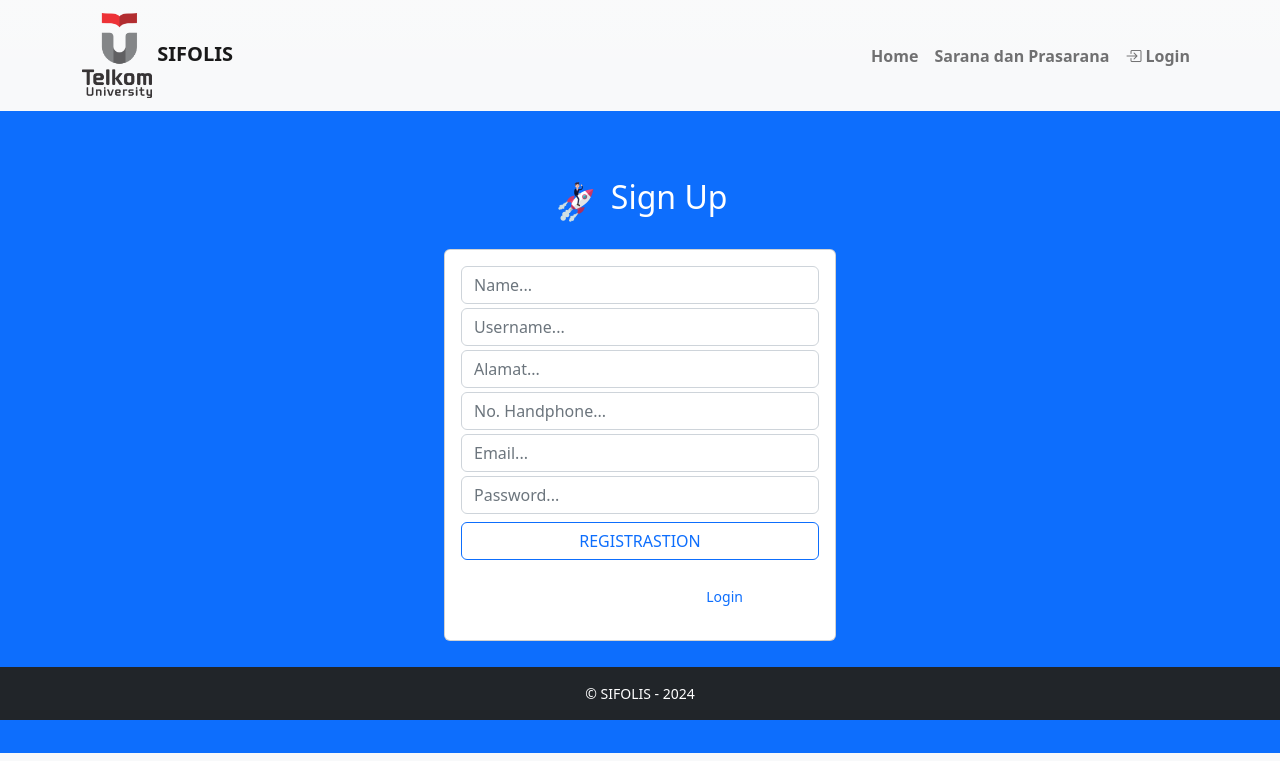
Repository: Audi87/uas_framework
Page: http://localhost/registrasi
The author's editor kept a copy of each file at every save. The page is drawn from the files as they stood at one save, then again after the next save.
The browser window is 1280 px wide. The pictures show the whole page.
Some web libraries are served in a nearby version. The page is served by the project's Laravel application, run on PHP 8.4 with Laravel 10. Other server files are loaded and not shown.

Above is the page before, as saved 2024-06-13 21:27:35.

### routes/web.php
<?php

use App\Http\Controllers\{
    BarangController, ContactController, CustumerController, DataPeminjamanController, HistoryController,
    Home, LoginController, PeminjamanController, ProfilController, RegistrasiController,
    SaranaDanPrasaranaController, AdminController
};
use Illuminate\Support\Facades\Route;


Route::get('/', [Home::class, 'index'])->middleware('auth');

Route::get('/login', [LoginController::class, 'index'])->name('login')->middleware('guest');
Route::post('/login', [LoginController::class, 'login']);
Route::post('/logout', [LoginController::class, 'logout']);

Route::get('/registrasi', [RegistrasiController::class, 'index'])->middleware('guest');
Route::post('/registrasi', [RegistrasiController::class, 'registrasi']);

Route::get('/dashboard', function() {
    return view('dashboard.index', ['title' => 'Dashboard Admin']);
})->middleware('admin');

Route::get('/profil/{user:id}', [ProfilController::class, 'index'])->middleware('auth');

Route::get('/sarana dan prasarana', [SaranaDanPrasaranaController::class, 'index'])->middleware('auth');
Route::resource('/sarana-prasarana', BarangController::class)->middleware('admin');

Route::get('/peminjaman/{barang:id}', [PeminjamanController::class, 'index'])->middleware('auth');
Route::post('/peminjaman/{barang:id}', [PeminjamanController::class, 'peminjaman'])->middleware('auth');

Route::get('/history/{user:id}', [HistoryController::class, 'index'])->middleware('auth');

Route::get('/kembalikan/{id}', [PeminjamanController::class, 'kembalikan'])->middleware('auth');
Route::get('/detail-peminjaman/{id}', [PeminjamanController::class, 'detailPeminjaman'])->middleware('auth');

Route::get('/category/{id}', [SaranaDanPrasaranaController::class, 'category'])->middleware('auth');

Route::get('/custumer', [CustumerController::class, 'index'])->middleware('admin');
Route::get('/custumer/{user:id}', [CustumerController::class, 'detail'])->middleware('admin');

Route::get('/data-peminjaman', [DataPeminjamanController::class, 'index'])->middleware('admin');
Route::get('/data-peminjaman/{id}', [DataPeminjamanController::class, 'detail'])->middleware('admin');

Route::get('/contact', [ContactController::class, 'index'])->middleware('auth');

### app/Http/Controllers/RegistrasiController.php
<?php

namespace App\Http\Controllers;

use Illuminate\Support\Facades\App;
use App\Models\User;
use Illuminate\Http\Request;

class RegistrasiController extends Controller
{
    // Function untuk menampilkan view registrasi
    public function index()
    {
        return view('registrasi.registrasi', [
            'title' => 'Registrasi'
        ]);
    }

    // Function untuk proses registrasi
    public function registrasi(Request $request)
    {
        $validateData = $request->validate([
            'name' => ['required', 'min:4', 'max:255'],
            'username' => ['required', 'min:5', 'max:255'],
            'alamat' => ['required', 'min:5', 'max:255'],
            'no_handphone' => ['required', 'min:5', 'max:255'],
            'email' => ['required', 'min:5', 'max:255', 'unique:users'],
            'password' => ['required', 'min:5', 'max:255']
        ]);

        $validateData['password'] = bcrypt($validateData['password']);
        User::create($validateData);

        // Menampilkan Sweet Alert
        return redirect('/login')->with('success', 'successful registration');
    }
}

### resources/views/registrasi/registrasi.blade.php
@extends('layouts.main')

@section('content')

<div class="regis p-3 mb-2 bg-primary text-white">
    <div class="container-fluid py-5">
        <div class="row text-center mb-5">
            <div class="col-lg-4 offset-lg-4" >
                <h2>
                    <img src="img/pngwing.com (7).png" text-primary width="50" alt="" data-aos="flip-left" data-aos-duration="2000" >
                    Sign Up
                </h2>
            </div>
            <div class="col-lg-4 offset-lg-4 col-10 offset-1 mt-3">
                {{-- Form Registrasi --}}
                <div class="card">
                    <div class="card-body">
                        <form action="/registrasi" method="post">
                            @csrf
                            <div class="mb-1">
                                <input type="text" id="name" name="name" placeholder="Name..." value="{{ old('name') }}" class="form-control @error('name') is-invalid @enderror">
                                @error('name')
                                <div class="invalid-feedback">
                                    {{ $message }}
                                </div>
                                @enderror
                            </div>
                            <div class="mb-1">
                                <input type="text" id="username" name="username" placeholder="Username..." value="{{ old('username') }}" class="form-control @error('username') is-invalid @enderror">
                                @error('username')
                                <div class="invalid-feedback">
                                    {{ $message }}
                                </div>
                                @enderror
                            </div>
                            <div class="mb-1">
                                <input type="text" id="alamat" name="alamat" placeholder="Alamat..." value="{{ old('alamat') }}" class="form-control @error('alamat') is-invalid @enderror">
                                @error('alamat')
                                <div class="invalid-feedback">
                                    {{ $message }}
                                </div>
                                @enderror
                            </div>
                            <div class="mb-1">
                                <input type="number" id="no_handphone" name="no_handphone" placeholder="No. Handphone..." value="{{ old('no_handphone') }}" class="form-control @error('no_handphone') is-invalid @enderror">
                                @error('no_handphone')
                                <div class="invalid-feedback">
                                    {{ $message }}
                                </div>
                                @enderror
                            </div>
                            <div class="mb-1">
                                <input type="email" id="email" name="email" placeholder="Email..." value="{{ old('email') }}" class="form-control @error('email') is-invalid @enderror">
                                @error('email')
                                <div class="invalid-feedback">
                                    {{ $message }}
                                </div>
                                @enderror
                            </div>
                            <div class="mb-2">
                                <input type="password" id="password" name="password" placeholder="Password..." value="{{ old('password') }}" class="form-control @error('password') is-invalid @enderror">
                                @error('password')
                                <div class="invalid-feedback">
                                    {{ $message }}
                                </div>
                                @enderror
                            </div>
                            <div class="mb-4">
                                <button class="btn btn-outline-primary w-100" type="submit">REGISTRASTION</button>
                            </div>
                            <div>
                                <p><small>already have an account? <a href="login" class="text-decoration-none">Login</a></small></p>
                            </div>
                        </form>
                    </div>
                </div>
            </div>
        </div>
    </div>
</div>

@if(session('success'))
<script>
    Swal.fire({
        title: 'Registrasi Berhasil!',
        text: "{{ session('success') }}",
        icon: 'success',
        confirmButtonText: 'Ok'
    });
</script>
@endif

@endsection

### resources/views/layouts/main.blade.php
<!doctype html>
<html lang="en">
  <head>
    <meta charset="utf-8">
    <meta name="viewport" content="width=device-width, initial-scale=1">
    <title>{{ $title }}</title>

    <link rel="stylesheet" href="/css/stylee.css">

    {{-- Link Aos --}}
    <link rel="stylesheet" href="https://unpkg.com/aos@next/dist/aos.css" />

    {{-- Link Icons Bootstrap --}}
    <link rel="stylesheet" href="https://cdn.jsdelivr.net/npm/bootstrap-icons@1.9.1/font/bootstrap-icons.css">

    <link href="https://cdn.jsdelivr.net/npm/bootstrap@5.2.0/dist/css/bootstrap.min.css" rel="stylesheet" integrity="sha384-gH2yIJqKdNHPEq0n4Mqa/HGKIhSkIHeL5AyhkYV8i59U5AR6csBvApHHNl/vI1Bx" crossorigin="anonymous">
    <link href="https://fonts.googleapis.com/css2?family=Poppins:wght@400;500;600&display=swap" rel="stylesheet">
    <link rel="stylesheet" href="https://cdnjs.cloudflare.com/ajax/libs/font-awesome/6.4.0/css/all.min.css"
        integrity="sha512-iecdLmaskl7CVkqkXNQ/ZH/XLlvWZOJyj7Yy7tcenmpD1ypASozpmT/E0iPtmFIB46ZmdtAc9eNBvH0H/ZpiBw=="
        crossorigin="anonymous" referrerpolicy="no-referrer" />
  </head>
  <body class="bg-light">

    {{-- Include navbar --}}
    @include('navbar.navbar')

    {{-- Content --}}
    @yield('content')
    {{-- End Content --}}

    {{-- Include Footer --}}
    @include('footer.footer')

    <script src="https://cdn.jsdelivr.net/npm/bootstrap@5.2.0/dist/js/bootstrap.bundle.min.js" integrity="sha384-A3rJD856KowSb7dwlZdYEkO39Gagi7vIsF0jrRAoQmDKKtQBHUuLZ9AsSv4jD4Xa" crossorigin="anonymous"></script>

    <script src="https://unpkg.com/aos@next/dist/aos.js"></script>
    <script>
      AOS.init();
    </script>

    {{-- Js Jquery --}}
    <script src="/js/jquery.js"></script>

    {{-- Script js --}}
    <script src="/js/script.js"></script>

  </body>
</html>

### resources/views/navbar/navbar.blade.php
{{-- Navbar --}}
<nav class="navbar navbar-expand-lg bg-light bg-gradient navbar-light">
    <div class="container">
        <a class="navbar-brand" href="/"><img src="img/logo.png" width="70" alt="" data-aos="flip-left"
                data-aos-duration="2000"> SIFOLIS </a>
        <button class="navbar-toggler" type="button" data-bs-toggle="collapse" data-bs-target="#navbarNav"
            aria-controls="navbarNav" aria-expanded="false" aria-label="Toggle navigation">
            <span class="navbar-toggler-icon"></span>
        </button>
        <div class="collapse navbar-collapse" id="navbarNav">
            <ul class="navbar-nav ms-auto">
                <li class="nav-item">
                    <a class="nav-link {{ Request::is('/') ? 'active' : '' }}" aria-current="page"
                        href="/">Home</a>
                </li>
                <li class="nav-item">
                    <a class="nav-link {{ Request::is('sarana dan prasarana') ? 'active' : '' }}" aria-current="page"
                        href="/sarana dan prasarana">Sarana dan Prasarana</a>
                </li>

                @auth
                    <li class="nav-item dropdown">
                        <a class="nav-link dropdown-toggle" href="#" role="button" data-bs-toggle="dropdown"
                            aria-expanded="false">
                            <i class="bi bi-person-lines-fill"></i> Welcome, {{ auth()->user()->username }}
                        </a>
                        <ul class="dropdown-menu">
                            @can('admin')
                                <li><a class="dropdown-item" href="/dashboard">Dashboard Admin</a></li>
                            @endcan
                            <li><a class="dropdown-item" href="/history/{{ auth()->user()->id }}">Peminjaman</a></li>
                            <li><a class="dropdown-item" href="/contact">Contact Us</a></li>
                            <li><a class="dropdown-item" href="/profil/{{ auth()->user()->id }}"><i
                                        class="bi bi-person-lines-fill"></i> My Profil</a></li>
                            <li>
                                <hr class="dropdown-divider">
                            </li>
                            {{-- Form Logout --}}
                            <form action="/logout" method="post">
                                @csrf
                                <button type="submit" class="dropdown-item"
                                    onclick="return confirm('sure want to go out?')"><i class="bi bi-box-arrow-in-left"></i>
                                    Logout</button>
                            </form>
                            {{-- End From --}}
                        </ul>
                    </li>
                @else
                    <li class="nav-item">
                        <a class="nav-link {{ Request::is('login') ? 'active' : '' }}" href="/login"><i
                                class="bi bi-box-arrow-in-right"></i> Login</a>
                    </li>
                @endauth

            </ul>
        </div>
    </div>
</nav>
{{-- End Navbar --}}

### resources/views/footer/footer.blade.php
<div class="container">
    <!-- Konten Halaman di sini -->
</div>
<div class="fixed-bottom">
<footer class="container-fluid bg-dark text-white text-center">
    <div class="container1">
        <div class="row">
            <div class="col-lg-12">
                <small><p class="mt-3">&copy; SIFOLIS - 2024</p></small>
            </div>
        </div>
    </div>
    </div>
</footer>

### public/css/stylee.css
nav ul li {
    font-weight: bold;
}

nav a {
    font-weight: bold;
}

nav ul li:hover {
    background-color: black;
    opacity: 0.8;
    border-radius: 17px;
    text-decoration: underline;
}

### public/js/script.js
$(document).ready(function(){


    window.setTimeout(function(){
        $('.alert').fadeTo(300, 0).slideUp(300, function(){
            $(this).remove();
        });
    }, 4000);

    // Js Show password
    $('#flexCheckDefault').click(function(){
        if($(this).is(':checked')){
            $('#password').attr('type', 'text')
        }else{
            $('#password').attr('type', 'password')
        }
    });

});

Loaded but not shown: app/Http/Controllers/Controller.php (common file); public/js/jquery.js (library)

After the next save:
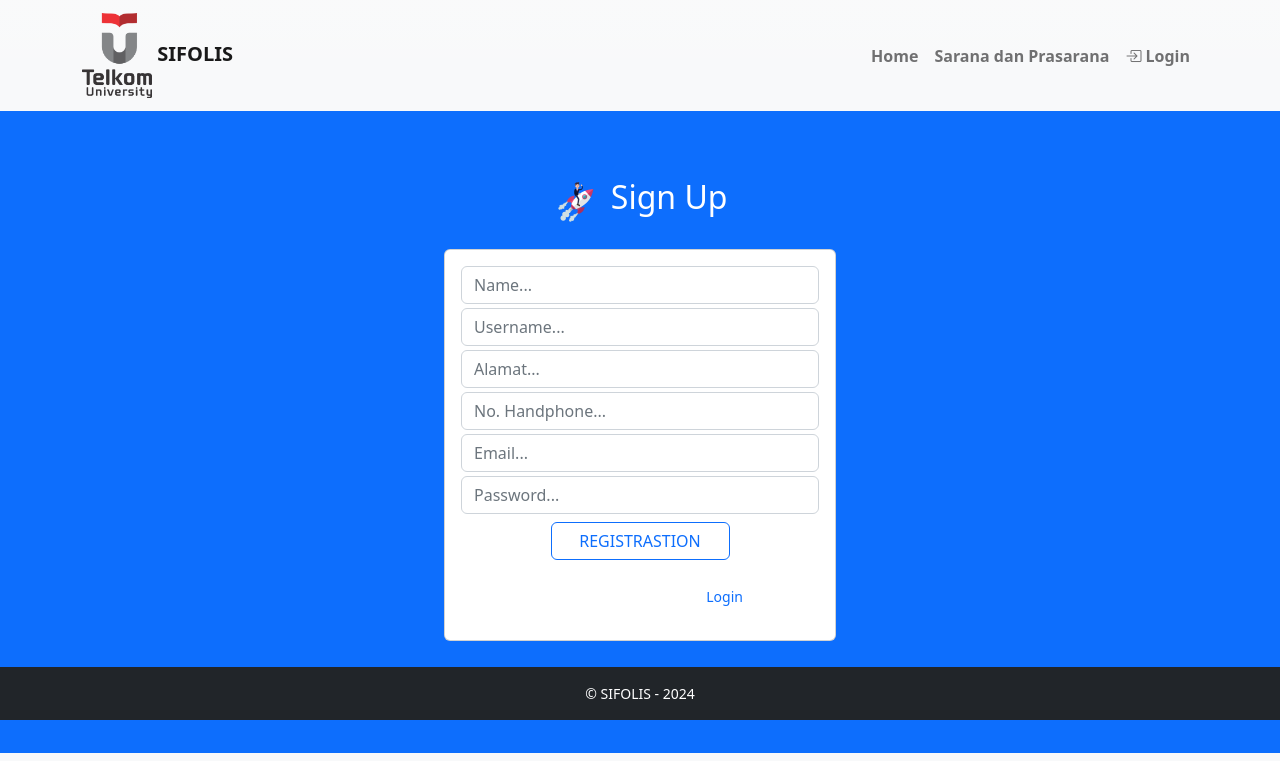
Saved 14 s later.
--- a/resources/views/registrasi/registrasi.blade.php
+++ b/resources/views/registrasi/registrasi.blade.php
@@ -66,7 +66,7 @@
                                 @enderror
                             </div>
                             <div class="mb-4">
-                                <button class="btn btn-outline-primary w-100" type="submit">REGISTRASTION</button>
+                                <button class="btn btn-outline-primary w-50" type="submit">REGISTRASTION</button>
                             </div>
                             <div>
                                 <p><small>already have an account? <a href="login" class="text-decoration-none">Login</a></small></p>
